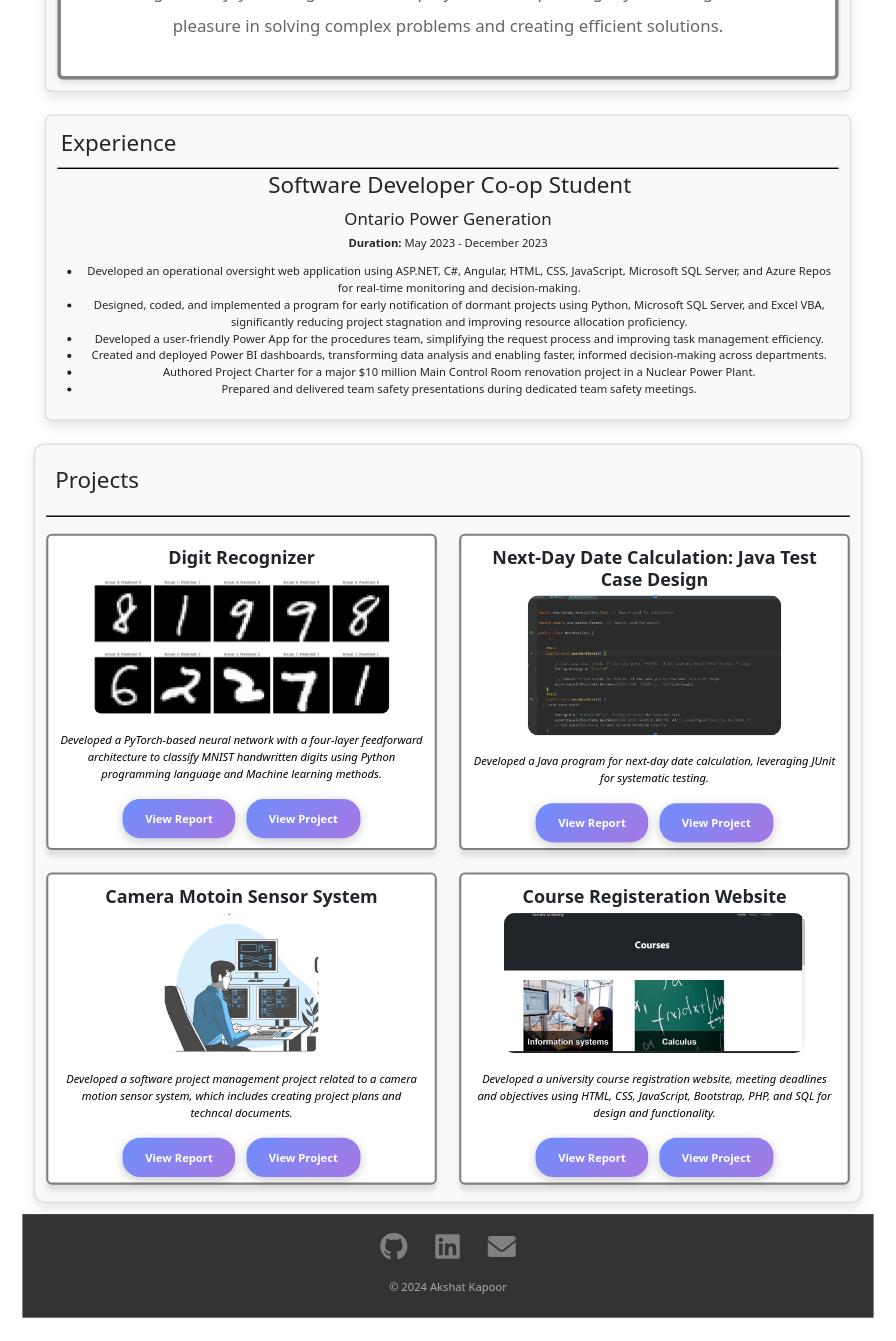
Repository: AkshatKapo/My-Portfolio
Page: /
These files come from the project's save history. The page is drawn as it stood at one moment and after the next save; the edit follows.
The browser window is 1280 px wide. The pictures show the part of the page from y = 808 to 2728 px (the page is 2723 px tall before and 2728 px after), at 70% of full size.
The project was rebuilt for these pictures with package versions that can differ from the ones it lists, and the page was loaded fresh each time. Also part of the build but not shown: vite.config.js.

Above is the page before, as saved 2024-06-14 16:24:08.

After the next save:
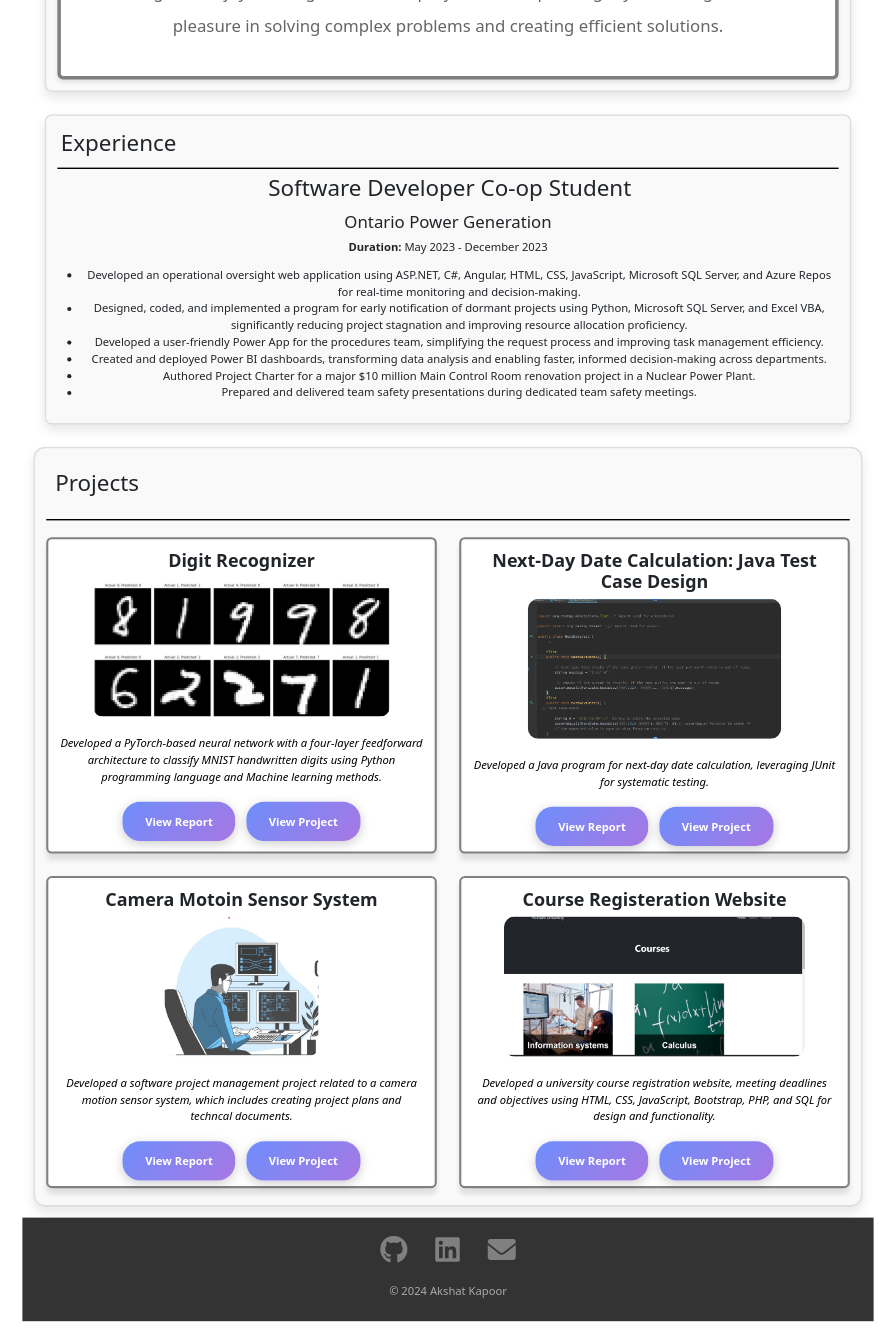
Saved 12 s later.
--- a/src/components/Experience.css
+++ b/src/components/Experience.css
@@ -34,7 +34,7 @@
     font-size: 2rem;
     text-align: center;
     margin-bottom: 1rem; /* Adding some space between the heading and the paragraph */
-    margin-top: 0.2rem;
+    margin-top: 0.5rem;
     margin-left: 0.3rem;
 
   }
